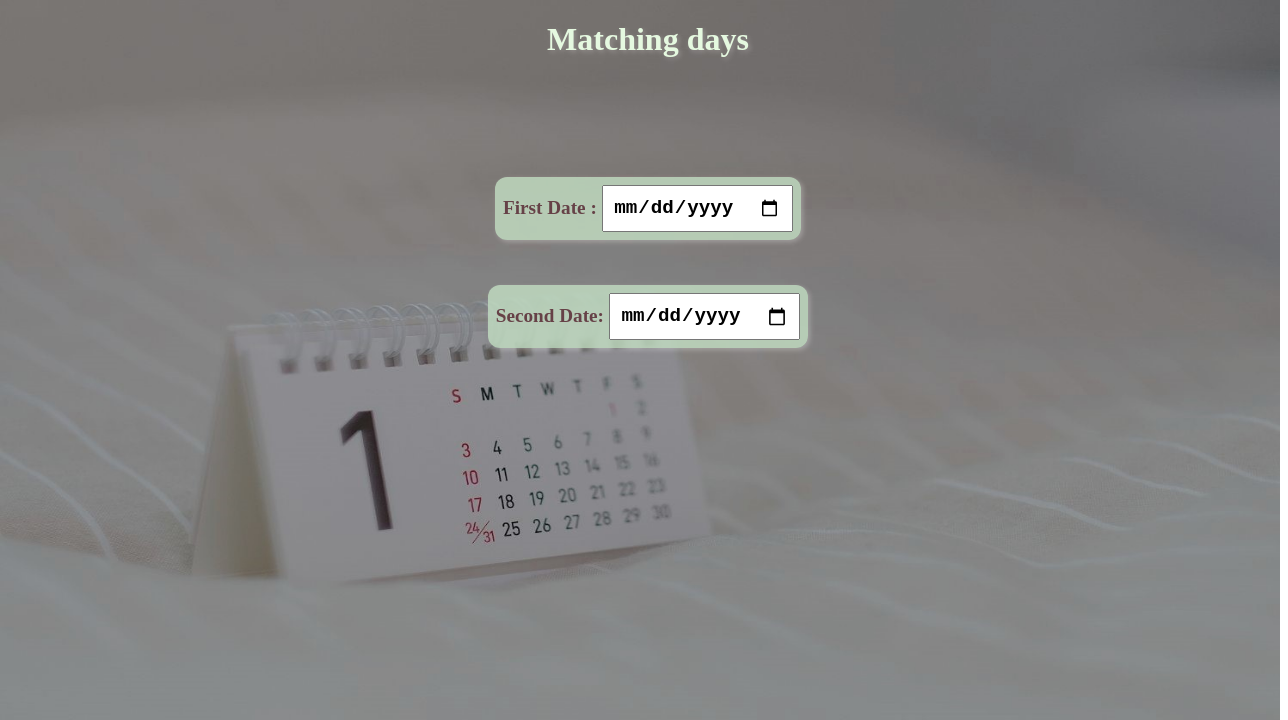
Repository: lasity34/matching-days
Page: index.html
These files come from the project's save history. The page is drawn as it stood at one moment and after the next save; the edit follows.
The browser window is 1280 px wide. The page is 1288 px wide, so the pictures cover 1288 px, including what lies to the right of the window. The pictures show the whole page.
Some web fonts or font styles are not loaded; a fallback is used. Some web libraries are served in a nearby version.

Above is the page before, as saved 2023-05-10 14:04:40.
Console error: ReferenceError: matching_days is not defined

After the next save:
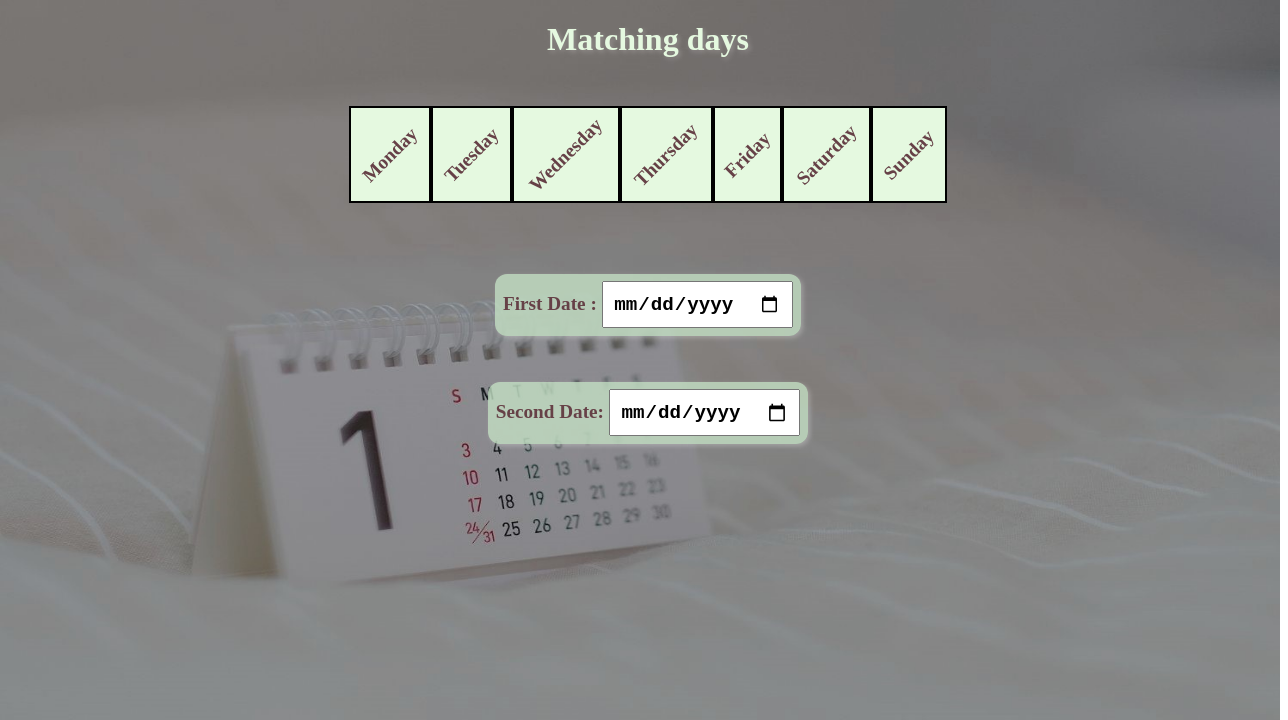
The error is gone.
Saved 39 s later.
--- a/index.html
+++ b/index.html
@@ -36,10 +36,10 @@
     </section>
 
 
-        <!-- matching-days function -->
+    <script src="./matching-days-factory.js" charset="utf-8"></script>
+
         <script src="/matching-days.js" charset="utf-8"></script>
-        <!-- followed by the tests -->
-        <script src="./matching-days-factory.js" charset="utf-8"></script>
+
 
 </body>
 </html>
